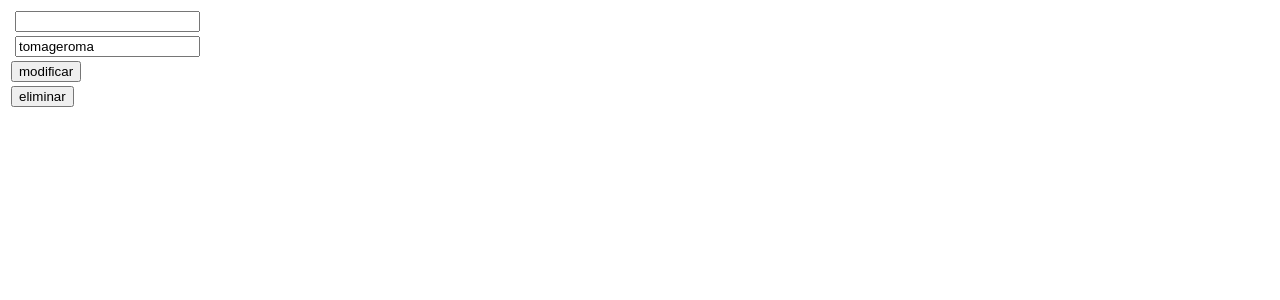
Repository: sergipc88/dev
Page: http://localhost/z.struts.hospital/modificacion.jsp
The author's editor kept a copy of each file at every save. The page is drawn from the files as they stood at one save, then again after the next save.
The browser window is 1280 px wide. The pictures show the whole page.
The page is served by Tomcat 9.

Above is the page before, as saved 2018-05-09 17:15:45.

After the next save:
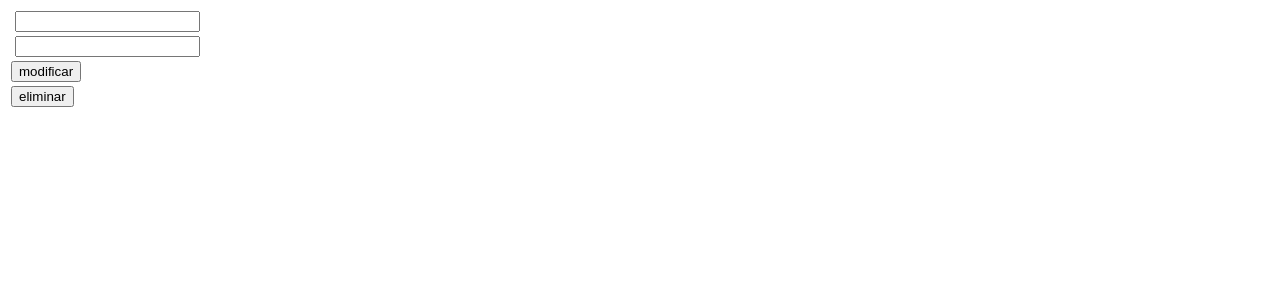
Saved 4 min 31 s later.
--- a/z.struts.hospital/WebContent/modificacion.jsp
+++ b/z.struts.hospital/WebContent/modificacion.jsp
@@ -31,8 +31,9 @@
 	</form> -->
 
 	<s:form method="post">
+	<s:hidden  name="libro.titulo" value="%{libro.titulo}" />
 	<s:textfield  name="libro.titulo" value="%{libro.titulo}" />
-	<s:textfield  name="libro.precio" value="tomageroma" />
+	<s:textfield  name="libro.precio" value="%{libro.precio}" />
 	<s:submit action="modificar" value="modificar"  />
 	<s:submit action="eliminar" value="eliminar"  />
 
